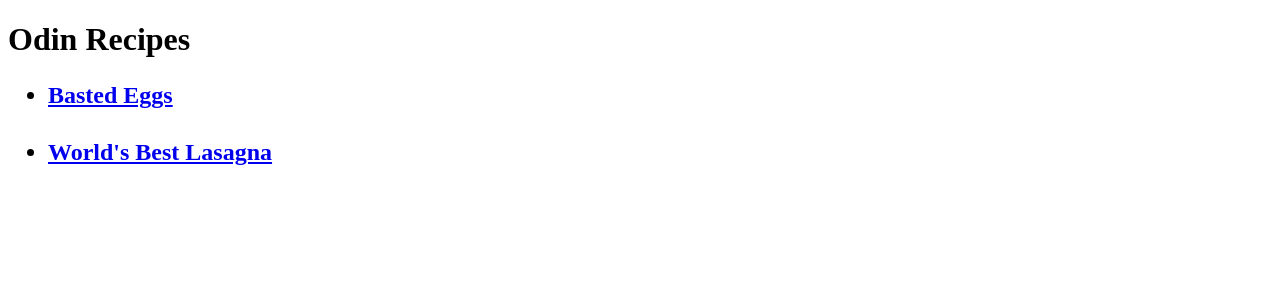
Repository: rickypcyt/odinproyect-recipes-web
Page: index.html
These files come from the project's save history. The page is drawn as it stood at one moment and after the next save; the edit follows.
The browser window is 1280 px wide. The pictures show the whole page.

Above is the page before, as saved 2022-09-20 16:58:42.

### index.html
<!DOCTYPE html>
<html lang="en">
  <head>
    <meta charset="UTF-8" />
    <meta http-equiv="X-UA-Compatible" content="IE=edge" />
    <meta name="viewport" content="width=device-width, initial-scale=1.0" />
    <title>Odin recipes</title>
  </head>
  <body>
    <h1>Odin Recipes</h1>
    <h2>
      <ul>
        <li><a href="recipes/BastedEggs.html">Basted Eggs</a></li>
        <h2></h2>
        <li><a href="recipes/Lasagna.html">World's Best Lasagna</a></li>
        <h2></h2>

      </ul>
    </h2>
  </body>
</html>

After the next save:
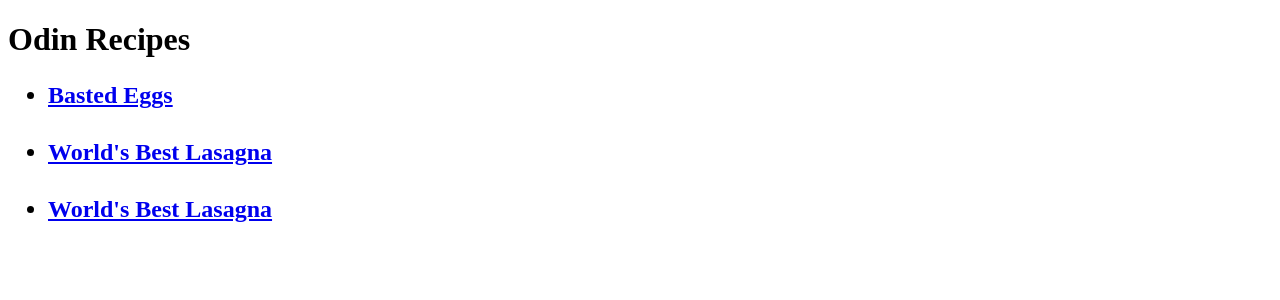
Saved 5 s later.
--- a/index.html
+++ b/index.html
@@ -14,7 +14,7 @@
         <h2></h2>
         <li><a href="recipes/Lasagna.html">World's Best Lasagna</a></li>
         <h2></h2>
-
+        <li><a href="recipes/Lasagna.html">World's Best Lasagna</a></li>
       </ul>
     </h2>
   </body>
